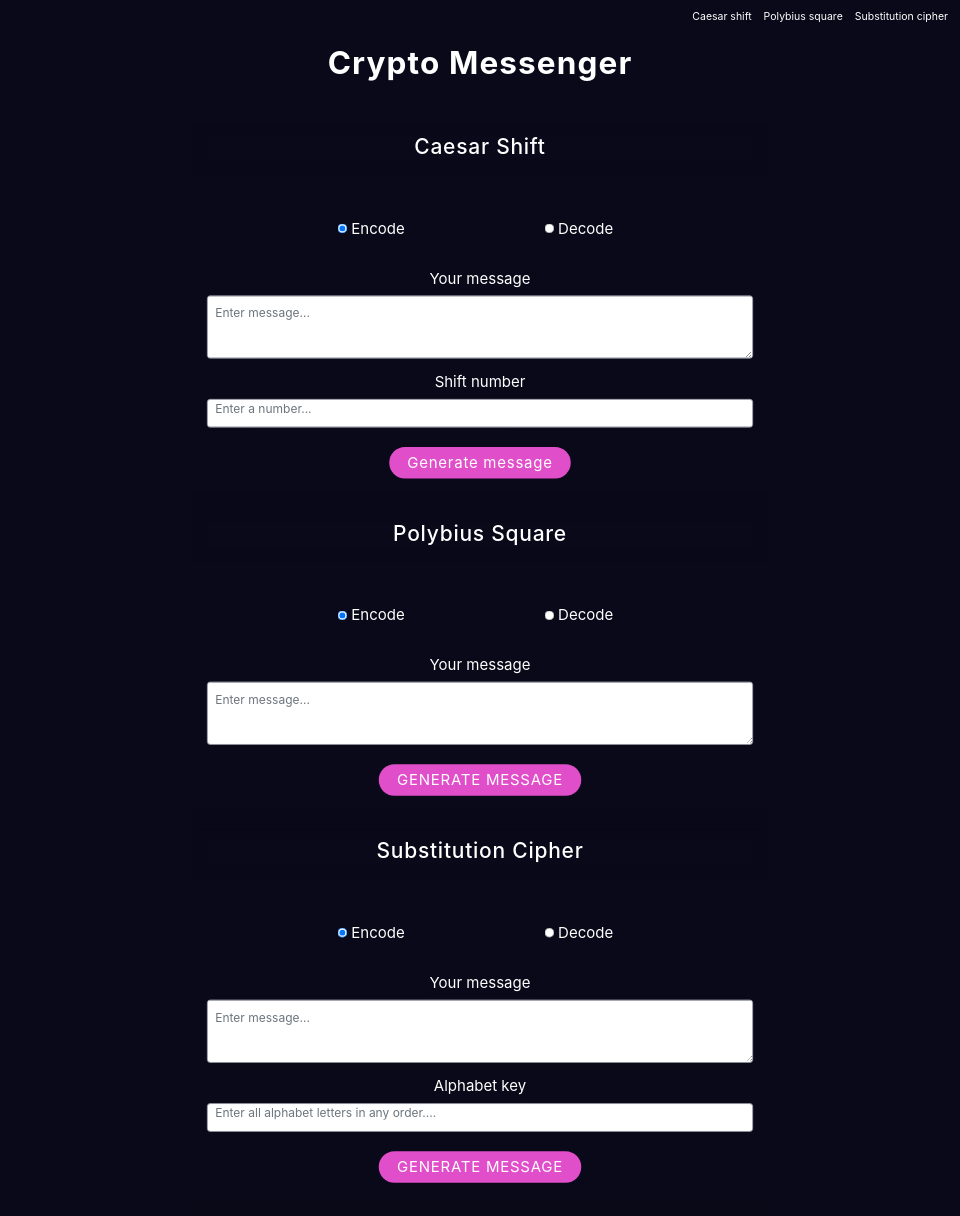
Repository: Rthompson2548/Project-Decoder-Ring
Page: index.html
An editor plug-in stored every save of this project. The page is shown before and after a run of saves, followed by the edit.
The browser window is 1280 px wide. The pictures show the whole page, at 75% of full size.

Above is the page before, as saved 2022-04-09 20:28:14.

After the next 4 saves:
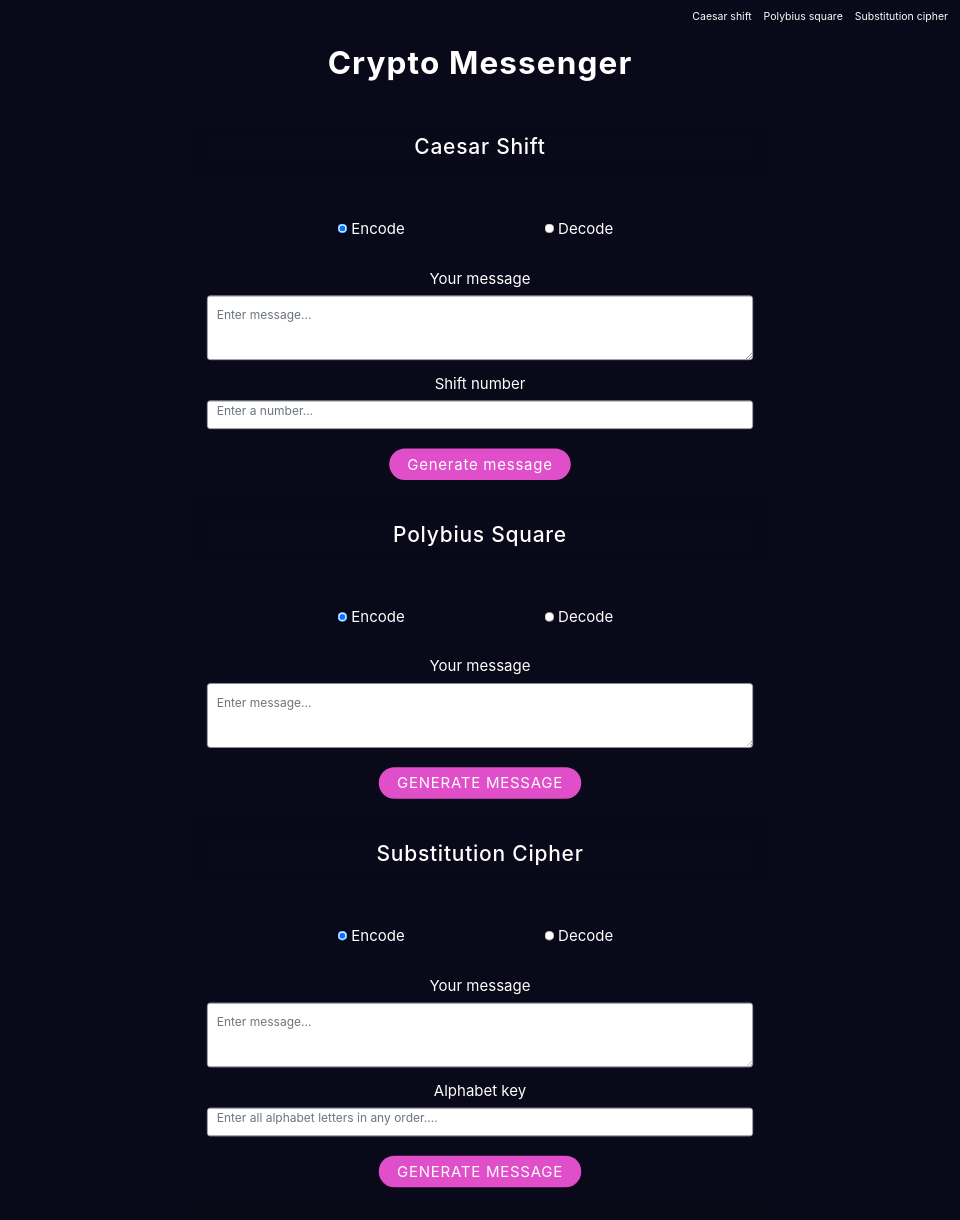
The 4 saves are shown as one change because they came seconds apart.
The last was saved 18 s later.
--- a/index.css
+++ b/index.css
@@ -14,7 +14,7 @@ html, body, #page {
 input, textarea {
   font-size: 16px !important;
   border-radius: 15px;
-  padding: 10px 24px 24px 10px !important;
+  padding: 12px 24px 24px 12px !important;
 }
 
 .page-content {
